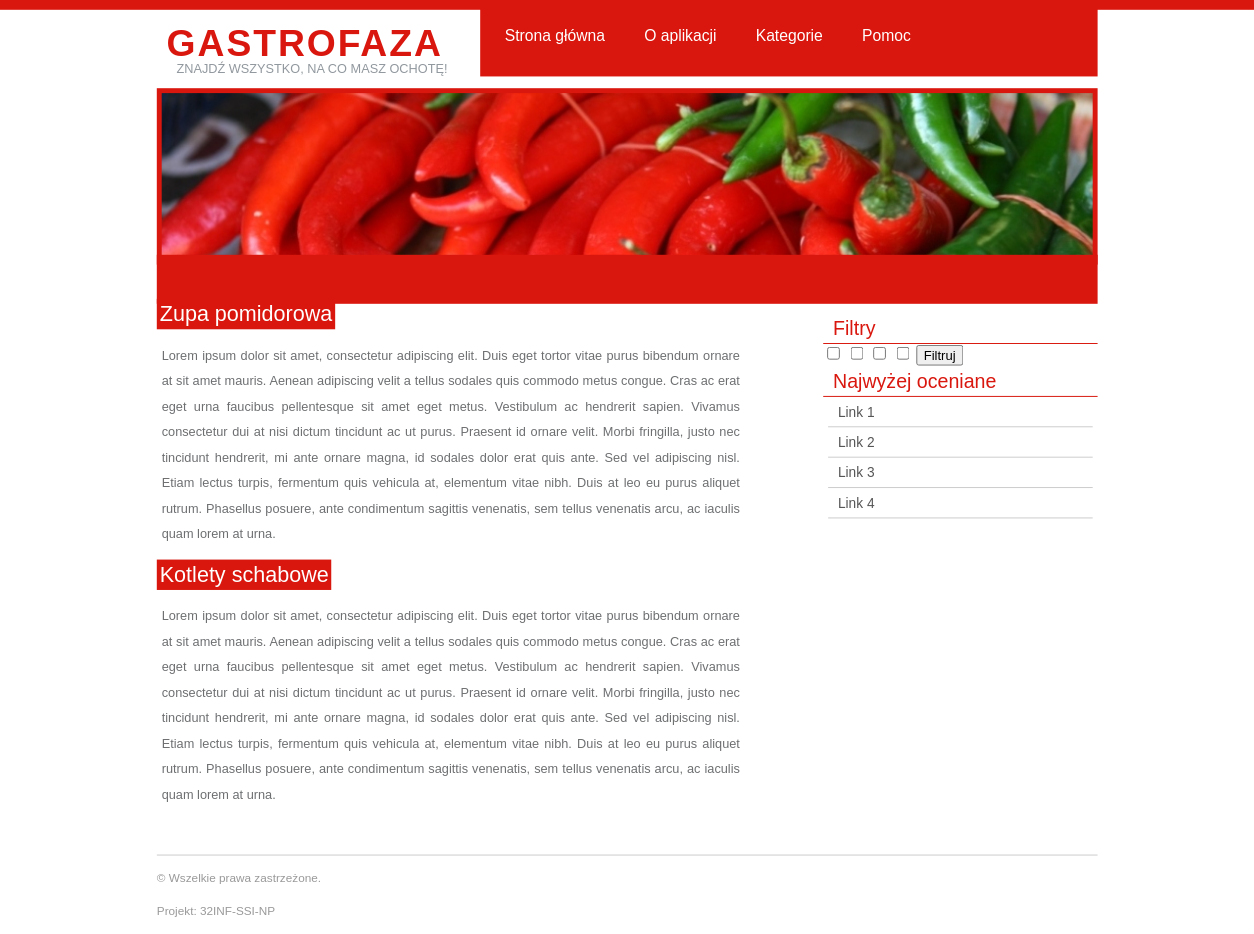
Repository: Michals1988/GroupProject
Page: index.html
The author's editor kept a copy of each file at every save. The page is drawn from the files as they stood at one save, then again after the next save.
The browser window is 1280 px wide. The pictures show the whole page, at 98% of full size.

Above is the page before, as saved 2020-10-25 17:25:21.

After the next save:
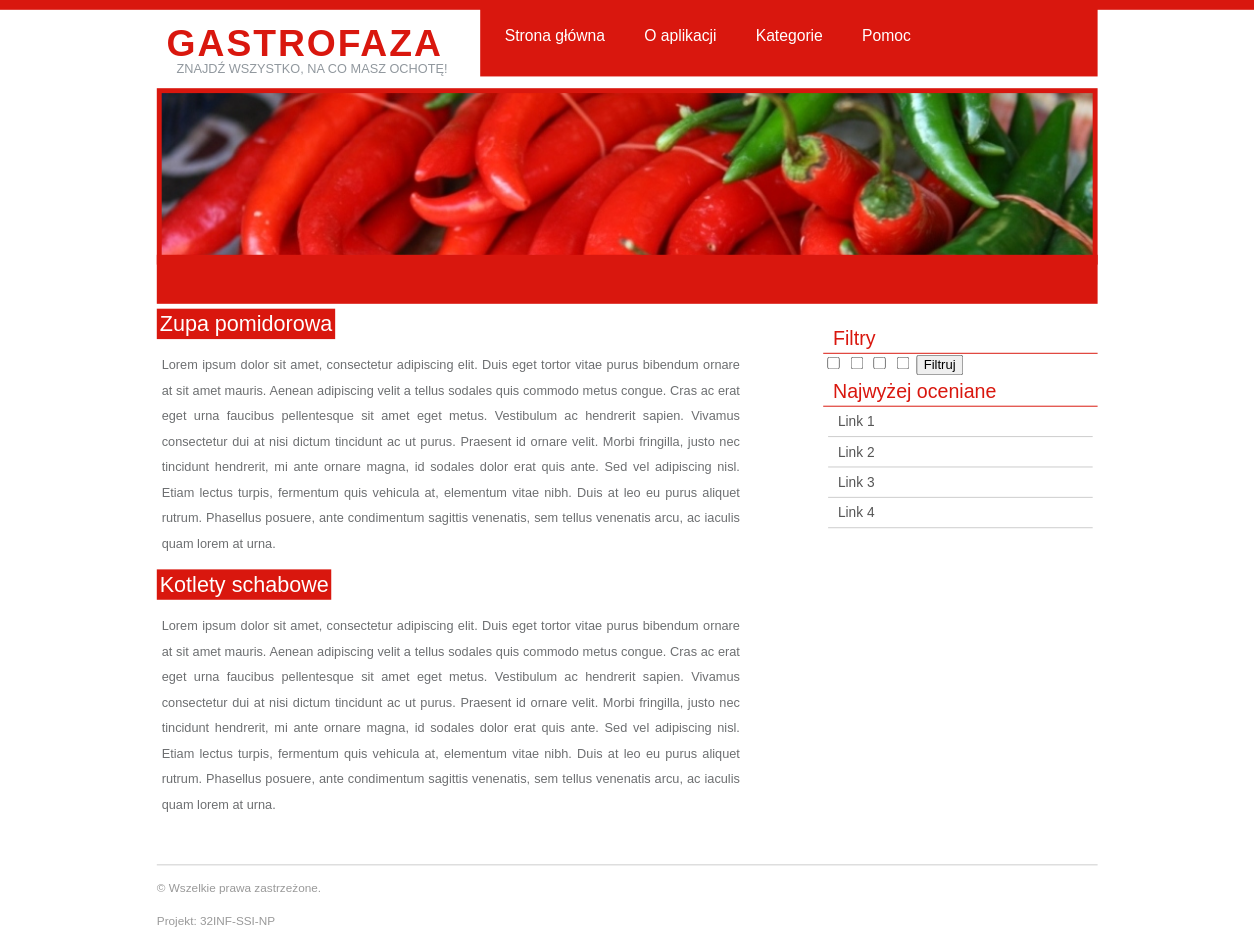
Saved 8 s later.
--- a/css/style.css
+++ b/css/style.css
@@ -139,7 +139,7 @@ a:hover {
 #container {
 	float: left;
 	margin-bottom: 30px;
-	margin-top: 50px;
+	margin-top: 60px;
 	width: 960px;
 }
 
